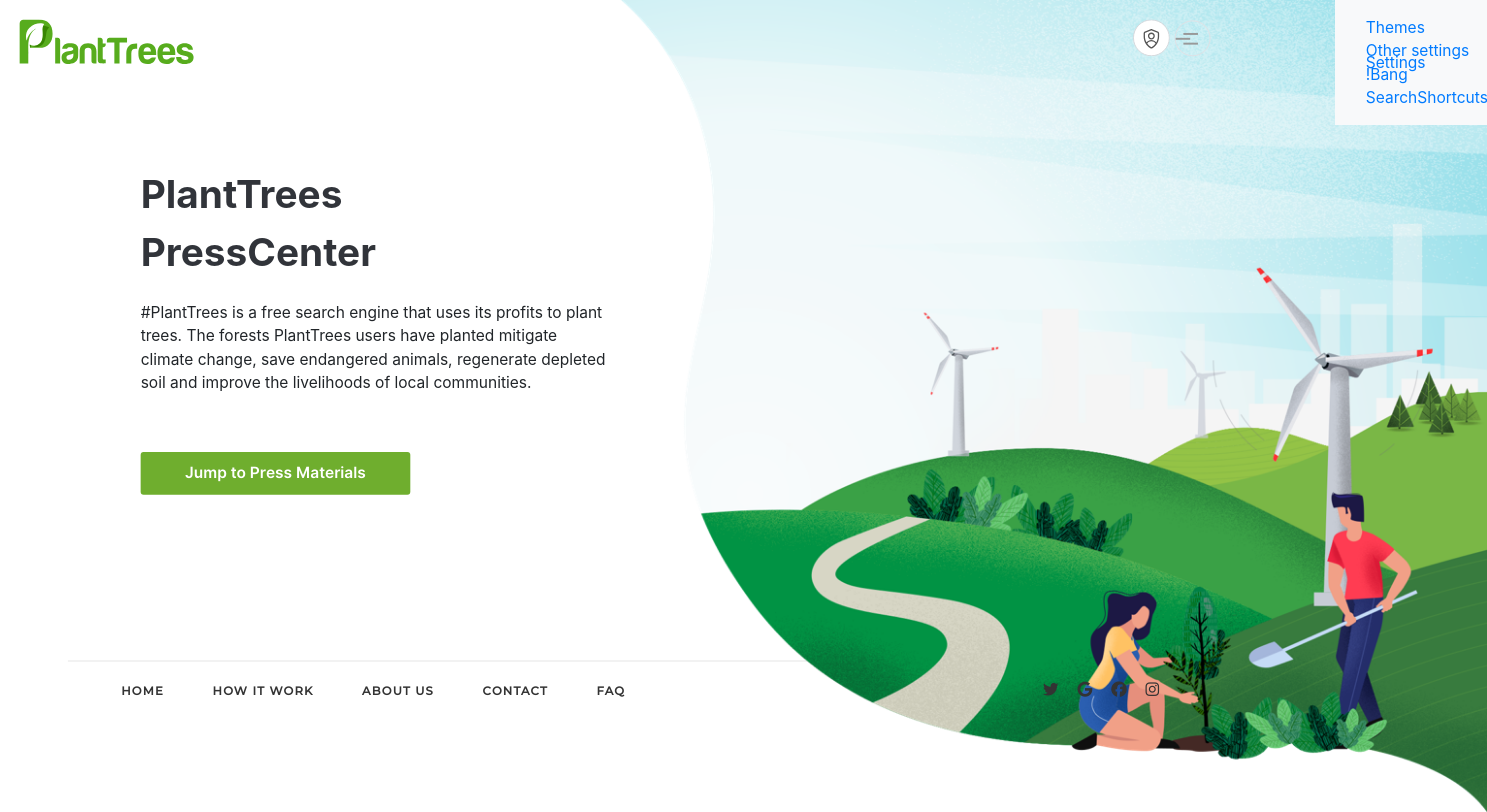
Repository: caothaito/b6g6
Page: bogo/privacy.html
An editor plug-in stored every save of this project. The page is shown before and after the next save, followed by the edit.
The browser window is 1280 px wide. The page is 1533 px wide, then 1310 px, so the pictures cover 1533 px, including what lies to the right of the window. The pictures show the whole page, at 97% of full size.
Some web libraries are served in a nearby version. The style sheet was rebuilt from its Sass, Less or Tailwind sources for each picture, by a compiler version that may differ from the author's.

Above is the page before, as saved 2020-09-11 08:23:25.

### bogo/privacy.html
<!DOCTYPE html>
<html lang="en">

<head>
    <meta charset="UTF-8">
    <meta name="viewport" content="width=device-width, initial-scale=1.0">
    <title>Document</title>
    <link rel="stylesheet" href="https://maxcdn.bootstrapcdn.com/bootstrap/4.0.0/css/bootstrap.min.css"
        integrity="sha384-Gn5384xqQ1aoWXA+058RXPxPg6fy4IWvTNh0E263XmFcJlSAwiGgFAW/dAiS6JXm" crossorigin="anonymous">

    <script src="https://ajax.googleapis.com/ajax/libs/jquery/3.5.1/jquery.min.js"></script>
    <!-- ==============fontawesome=== -->
    <script src="https://kit.fontawesome.com/c28984a6f5.js" crossorigin="anonymous"></script>
    <!-- ================owl================== -->
    <link rel="stylesheet" href="owlcarousel/assets/owl.carousel.min.css">
    <link rel="stylesheet" href="owlcarousel/assets/owl.theme.default.min.css">
    <script src="owlcarousel/owl.carousel.min.js"></script>

    <!-- =========================== -->
    <link rel="stylesheet" href="./assets/css/style.css">
    <link rel="stylesheet" href="./assets/css/media.css">
</head>

<body>
    <div class="plant-trees-main main-contact-us float-left w-100">
        <div class="plant-trees-home  float-left w-100">
            <div class="plant-trees-home-searchTop float-left w-100 ">
                <a href="#" class="plant-trees-topLogo" id="topLogo">
                    <img src="./assets/images/logo.svg" alt="" class="plant-trees-logo">
                </a>
                <div class="plant-trees-searchRight float-right ">
                    <div class="plant-trees-account">
                        <div class="plant-trees-account-info" style="display:none">
                            <div class="item float-left ">
                                <div class="icon float-left">
                                    <img src="./assets/images/square.svg" alt="square.svg">
                                </div>
                                <div class="content float-right">
                                    <div class="title">Get Our App & Extension</div>
                                    <div class="desc">Protect your date on every device.</div>
                                </div>
                            </div>
                            <div class="item float-left ">
                                <div class="icon float-left">
                                    <img src="./assets/images/file.svg" alt="file.svg">
                                </div>
                                <div class="content float-right">
                                    <div class="title">Your searches are private</div>
                                    <div class="desc">We don't need to know what you do online. We don't record them.
                                    </div>
                                </div>
                            </div>
                            <div class="item float-left ">
                                <div class="icon float-left">
                                    <img src="./assets/images/browser.svg" alt="browser.svg">
                                </div>
                                <div class="content float-right">
                                    <div class="title">Your Searches Are Encrypted</div>
                                    <div class="desc">We protect your search behavior with encrypted connection.</div>
                                </div>
                            </div>
                            <div class="item float-left ">
                                <div class="icon float-left">
                                    <img src="./assets/images/secret-file.svg" alt="secret-file.svg">
                                </div>
                                <div class="content float-right">
                                    <div class="title">No tracking. No profiling</div>
                                    <div class="desc">We block hidden third-party trackers. We don't sell user's date.
                                    </div>
                                </div>
                            </div>
                        </div>
                    </div>
                    <div class="plant-trees-menu-mobile float-right">
                        <div class="nav-toggle">
                            <div class="nav-toggle-bar"></div>
                        </div>
                        <nav class="nav">
                            <ul>
                                <li class="menu-item menu-item-settings">
                                    <div class="wrap-link-item">
                                        <a href="#" title="Settings">Settings</a></div>
                                    <ul class="submenu">
                                        <li>
                                            <a href="#" title="Themes">Themes</a>
                                        </li>
                                        <li>
                                            <a href="#" title="Other settings">Other settings</a></li>
                                        <li>
                                            <a href="#" title="!Bang Search Shortcuts">!Bang SearchShortcuts</a>
                                        </li>
                                    </ul>
                                </li>

                            </ul>
                        </nav>
                    </div>
                </div>
            </div>
        </div>
    </div>

    <div class="plant-trees-press float-left w-100">
        <div class="plant-trees-pressCenter float-left w-100">
            <div class="row">
                <div class="col-lg-6 col-md-6  ">
                    <div class="plant-pressLeft  float-right">
                        <div class="plant-trees-title">
                            <div>PlantTrees</div>
                            <div>PressCenter</div>
                        </div>
                        <div class="plant-trees-desc">
                            #PlantTrees is a free search engine that uses its profits to plant trees. The forests PlantTrees users have planted mitigate climate change, save endangered animals, regenerate depleted soil and improve the livelihoods of local communities.
                        </div>
                        <a href="#" class="plant-trees-add ">
                            <div>Jump to Press Materials</div>
                        </a>
                    </div>

                </div>
                <div class=" ">
                    <div class="plant-tressRight">
                        <img src="./assets/images/press-center/press.png" alt="">
                    </div>
                </div>
            </div>

        </div>
    </div>




    <!-- ====footer=== -->
    <footer class="footer-home float-left w-100">
        <div class="wrap">
          <div class="container">
              <div class="row">

            <div class="footer-top float-left w-100">
              <div class="footer-top-left col-md-7 col-sm-12 col-xs-12">
                <ul>
                  <li><a href="#">HOME</a></li>
                  <li><a href="#">How it work</a></li>
                  <li><a href="#">About Us</a></li>
                  <li><a href="#">Contact</a></li>
                  <li><a href="#">FAQ</a></li>
                </ul>
              </div>
              <div class="footer-top-right col-md-5 col-sm-12 col-xs-12">
                <a href="#"><i class="fab fa-twitter"></i></a>
                <a href="#"><i class="fab fa-google"></i></a>
                <a href="#"><i class="fab fa-facebook"></i></a>
                <a href="#"><i class="fab fa-instagram"></i></a>
              </div>
            </div>
          </div>

        </div>
        </div>
      </footer>


    <script>
        $(document).ready(function () {
            $(".plant-trees-account").click(function () {
                $(".plant-trees-account-info").slideToggle();
            })
        })

        $('.owl-carousel').owlCarousel({
            loop: true,
            margin: 10,
            responsiveClass: true,
            nav: true,
            responsive: {
                0: {
                    items: 2
                },
                480: {
                    items: 2
                },
                768: {
                    items: 3,
                },
                1000: {
                    items: 3,
                }
            }
        })
    </script>
</body>

<script src="https://cdnjs.cloudflare.com/ajax/libs/popper.js/1.12.9/umd/popper.min.js"
    integrity="sha384-ApNbgh9B+Y1QKtv3Rn7W3mgPxhU9K/ScQsAP7hUibX39j7fakFPskvXusvfa0b4Q" crossorigin="anonymous">
</script>
<script src="https://maxcdn.bootstrapcdn.com/bootstrap/4.0.0/js/bootstrap.min.js"
    integrity="sha384-JZR6Spejh4U02d8jOt6vLEHfe/JQGiRRSQQxSfFWpi1MquVdAyjUar5+76PVCmYl" crossorigin="anonymous">
</script>
<script src="./assets/js/main.js"></script>

</html>

### bogo/assets/css/media.scss
@mixin respond($breakpoint) {
    @if $breakpoint==phone {
        @media (max-width: 600px) {
            @content
        }

        ; //600px
    }

    @if $breakpoint==tab-port {
        @media (max-width: 900px) {
            @content
        }

        ; //900px
    }

    @if $breakpoint==tab-land {
        @media (max-width: 1200px) {
            @content
        }

        ; //1200px
    }

    @if $breakpoint==big-desktop {
        @media (min-width: 1800px) {
            @content
        }

        ; //1800px
    }
}

@font-face {
    font-family: Inter;
    src: url("../fonts/Inter-SemiBold_5a940f143aafecbf00719f75eea1dd90.otf");
  }


.plant-trees-press {
@include respond(tab-port){
    background-image: url('../images/press-center/press.png');
    display: inline-block;
    background-position: center;
    background-repeat: no-repeat;
}

    .plant-trees-pressCenter {

        .plant-pressLeft {
            max-width: 480px;
            padding: 170px 0 225px;
            @include respond(tab-land){
                margin-left: 30px;
            }
            .plant-trees-title {
                color: #31343a;
                margin-bottom: 20px;
                font-weight: 700;
                font-size: 40px;
                font-size: 2.5rem;
            }

            .plant-trees-add {
                position: absolute;
                color: #fff;
                padding: 10px;
                min-width: 278px;
                max-width: 278px;
                text-align: center;
                font-size: 16px;
                margin-bottom: 15px;
                border-radius: 3px;
                background-color: #6fae2e;
                font-family: Inter;
                margin-top: 60px;
            }
        }
        .plant-tressRight{
            @include respond(tab-port){
                display: none;
            }
           img{
               position: absolute;
           }
        }
    }
}

Loaded but not shown: bogo/owlcarousel/assets/owl.carousel.min.css (library); bogo/owlcarousel/assets/owl.theme.default.min.css (common file); bogo/owlcarousel/owl.carousel.min.js (library); bogo/assets/js/main.js (33 lines, source omitted); bogo/assets/css/style.scss (742 lines, source omitted)

After the next save:
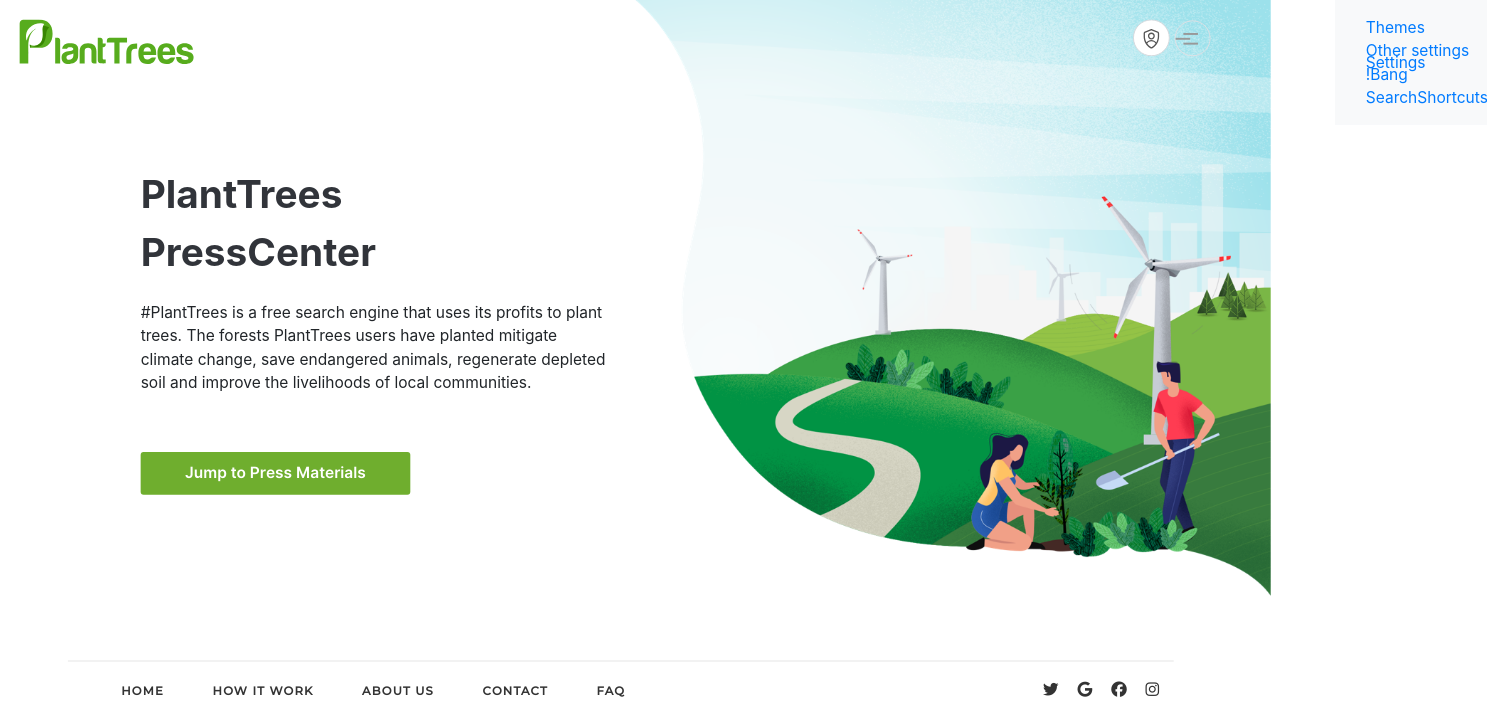
Saved 80 s later.
--- a/bogo/privacy.html
+++ b/bogo/privacy.html
@@ -118,7 +118,7 @@
                     </div>
 
                 </div>
-                <div class=" ">
+                <div class="col-lg-6 col-md-6 float-right w-100">
                     <div class="plant-tressRight">
                         <img src="./assets/images/press-center/press.png" alt="">
                     </div>
